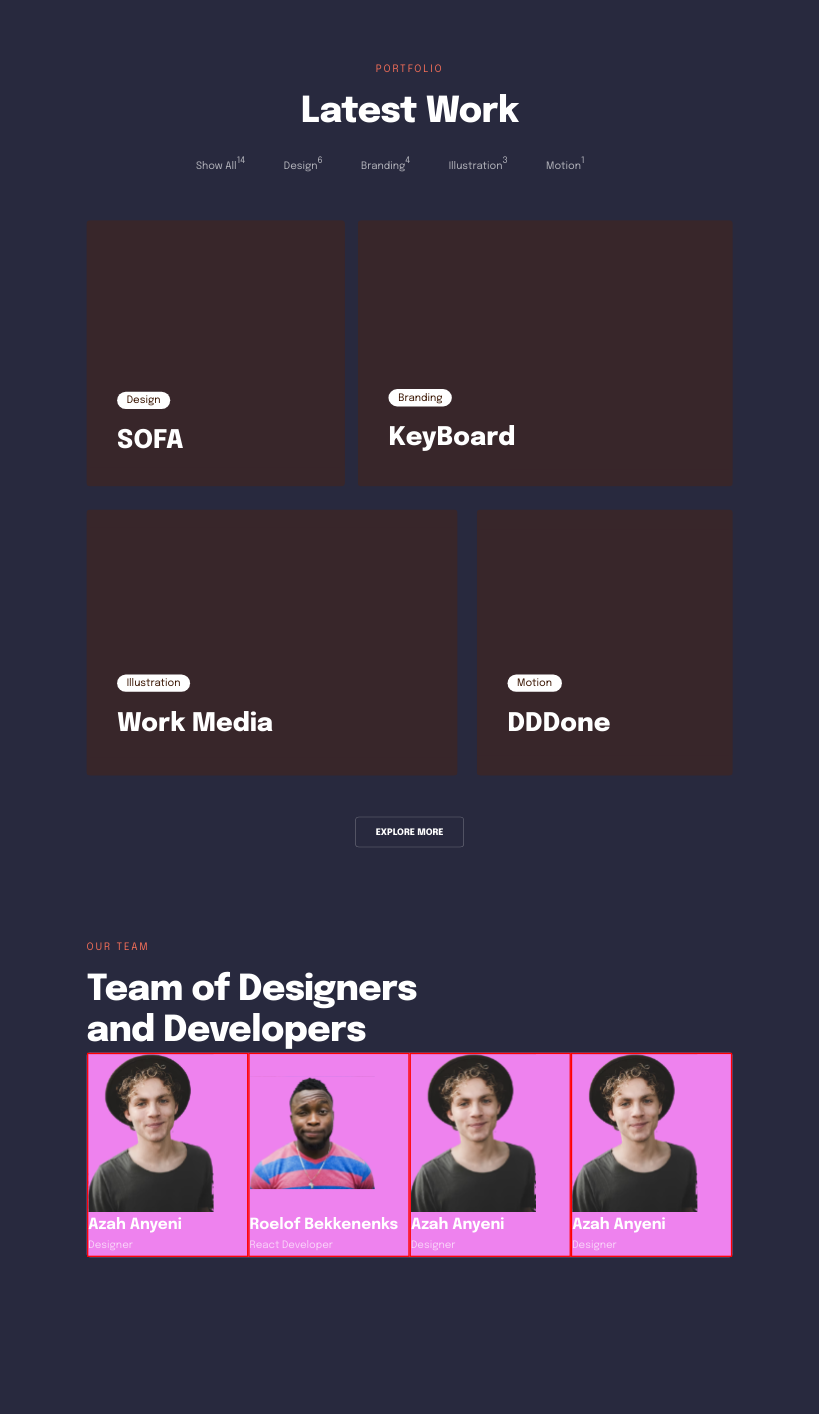
Repository: FidanXankishiyeva/figma-positions-task
Page: index.html
These files come from the project's save history. The page is drawn as it stood at one moment and after the next save; the edit follows.
The browser window is 1280 px wide. The pictures show the whole page, at 64% of full size.

Above is the page before, as saved 2023-08-10 13:36:18.

After the next save:
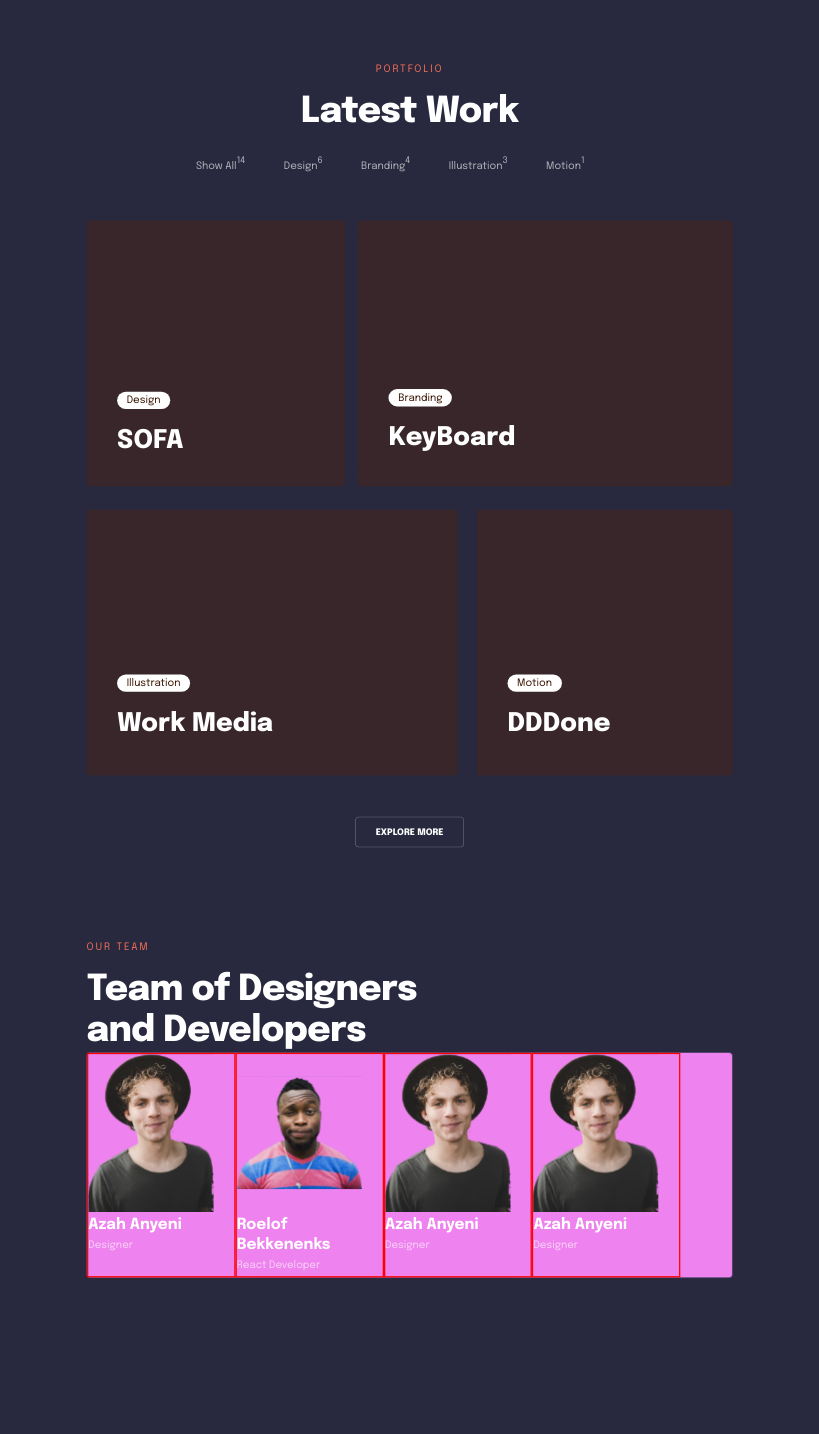
Saved 72 s later.
--- a/index.css
+++ b/index.css
@@ -284,7 +284,7 @@ button {
 }
 .team-person ul li {
   list-style-type: none;
-    width: 25%;
+    width: 23%;
     border: 2px solid red;
 }
 .team-person img {
